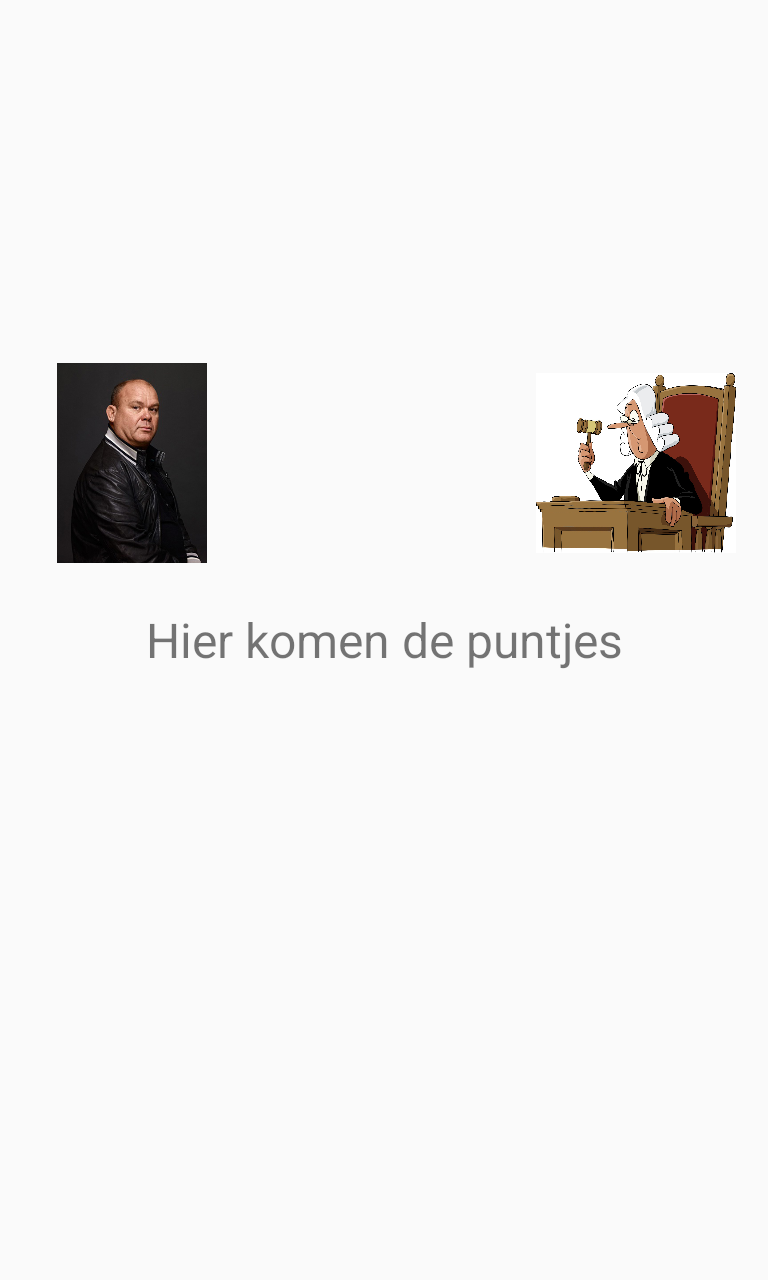
Repository: Sjaakja/hangman_app_studio
Layout: workspace/Hangman-TimeToSaveYourFriends/res/layout/activity_play.xml
These files come from the project's save history. The layout is drawn as it stood at one moment and after the next save; the edit follows.
It is drawn on a 768 x 1280 px phone screen (xhdpi) without system bars, with theme AppTheme; the app's code is not run.

Above is the layout before, as saved 2014-06-14 14:11:40.

### workspace/Hangman-TimeToSaveYourFriends/res/layout/activity_play.xml
<RelativeLayout xmlns:android="http://schemas.android.com/apk/res/android"
    xmlns:tools="http://schemas.android.com/tools"
    android:layout_width="match_parent"
    android:layout_height="match_parent"
    android:paddingBottom="@dimen/activity_vertical_margin"
    android:paddingLeft="@dimen/activity_horizontal_margin"
    android:paddingRight="@dimen/activity_horizontal_margin"
    android:paddingTop="@dimen/activity_vertical_margin"
    tools:context="com.example.hangman_timetosaveyourfriends.Play$PlaceholderFragment" >

    <TextView
        android:id="@+id/textView1"
        android:layout_width="match_parent"
        android:layout_height="wrap_content"
        android:layout_centerHorizontal="true"
        android:layout_centerVertical="true"
        android:gravity="center"
        android:text="@string/text_test"
        android:textSize="24sp" />

    <ImageView
        android:id="@+id/imageView2"
        android:layout_width="100dp"
        android:layout_height="100dp"
        android:layout_alignRight="@+id/textView1"
        android:layout_alignTop="@+id/imageView1"
        android:src="@drawable/judge" />

    <ImageView
        android:id="@+id/imageView1"
        android:layout_width="100dp"
        android:layout_height="100dp"
        android:layout_above="@+id/textView1"
        android:layout_alignLeft="@+id/textView1"
        android:layout_marginBottom="22dp"
        android:src="@drawable/default_paul" />

    <TextView
        android:id="@+id/textView2"
        android:layout_width="wrap_content"
        android:layout_height="wrap_content"
        android:layout_alignParentTop="true"
        android:layout_centerHorizontal="true"
        android:layout_marginTop="30dp"
        android:textSize="18sp" />

</RelativeLayout>

### workspace/Hangman-TimeToSaveYourFriends/res/values/strings.xml
<?xml version="1.0" encoding="utf-8"?>
<resources>

    <string name="app_name">Hangman - Time to save your friends</string>
    <string name="action_settings">Settings</string>
    <string name="test">Test</string>

    <string name="title_activity_play_settings">PlaySettings</string>
    	<string name="text_wrong_guesses">Max wrong guesses</string>
    	<string name="text_word_length">Length of word</string>
    	<string name="text_choose_condemned">Choose your condemned</string>
    	<string name="text_play">Play</string>

    <string name="title_activity_play">Play</string>
    	<string name="text_test">Hier komen de puntjes</string>

    <string name="title_activity_my_condemned">MyCondemned</string>
    	<string name="add_condemned">Add Condemned</string>

    <string name="title_activity_highscores">Highscores</string>

</resources>

Loaded but not shown: workspace/Hangman-TimeToSaveYourFriends/res/values/styles.xml (common file); workspace/Hangman-TimeToSaveYourFriends/res/values-v11/styles.xml (common file); workspace/Hangman-TimeToSaveYourFriends/res/values-v14/styles.xml (common file); workspace/Hangman-TimeToSaveYourFriends/res/values/dimens.xml (common file); workspace/Hangman-TimeToSaveYourFriends/res/values-w820dp/dimens.xml (common file)

After the next save:
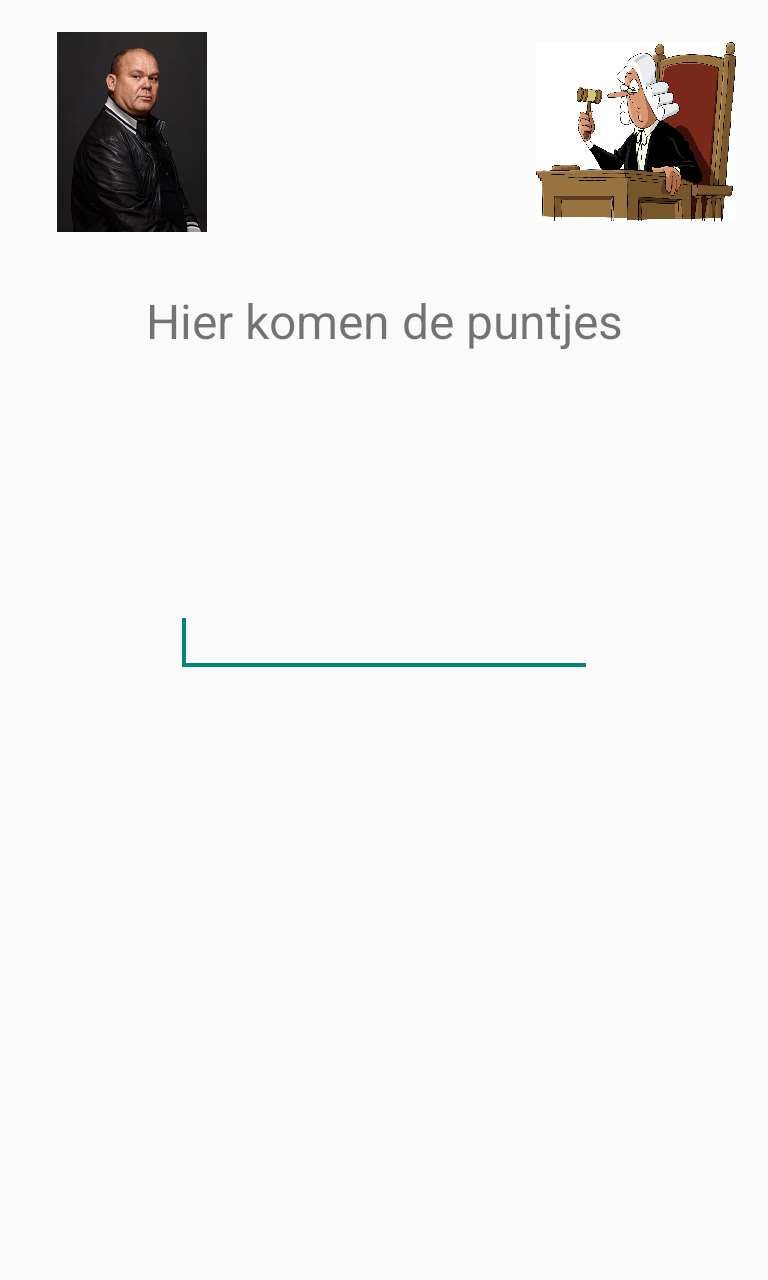
Saved 3 min 14 s later.
--- a/workspace/Hangman-TimeToSaveYourFriends/res/layout/activity_play.xml
+++ b/workspace/Hangman-TimeToSaveYourFriends/res/layout/activity_play.xml
@@ -8,16 +8,6 @@
     android:paddingTop="@dimen/activity_vertical_margin"
     tools:context="com.example.hangman_timetosaveyourfriends.Play$PlaceholderFragment" >
 
-    <TextView
-        android:id="@+id/textView1"
-        android:layout_width="match_parent"
-        android:layout_height="wrap_content"
-        android:layout_centerHorizontal="true"
-        android:layout_centerVertical="true"
-        android:gravity="center"
-        android:text="@string/text_test"
-        android:textSize="24sp" />
-
     <ImageView
         android:id="@+id/imageView2"
         android:layout_width="100dp"
@@ -25,15 +15,6 @@
         android:layout_alignRight="@+id/textView1"
         android:layout_alignTop="@+id/imageView1"
         android:src="@drawable/judge" />
-
-    <ImageView
-        android:id="@+id/imageView1"
-        android:layout_width="100dp"
-        android:layout_height="100dp"
-        android:layout_above="@+id/textView1"
-        android:layout_alignLeft="@+id/textView1"
-        android:layout_marginBottom="22dp"
-        android:src="@drawable/default_paul" />
 
     <TextView
         android:id="@+id/textView2"
@@ -44,4 +25,34 @@
         android:layout_marginTop="30dp"
         android:textSize="18sp" />
 
+    <ImageView
+        android:id="@+id/imageView1"
+        android:layout_width="100dp"
+        android:layout_height="100dp"
+        android:layout_alignLeft="@+id/textView1"
+        android:layout_alignParentTop="true"
+        android:src="@drawable/default_paul" />
+
+    <TextView
+        android:id="@+id/textView1"
+        android:layout_width="match_parent"
+        android:layout_height="wrap_content"
+        android:layout_below="@+id/imageView2"
+        android:layout_centerHorizontal="true"
+        android:layout_marginTop="28dp"
+        android:gravity="center"
+        android:text="@string/text_test"
+        android:textSize="24sp" />
+
+    <EditText
+        android:id="@+id/editText1"
+        android:layout_width="wrap_content"
+        android:layout_height="wrap_content"
+        android:layout_centerHorizontal="true"
+        android:layout_centerVertical="true"
+        android:ems="10" >
+
+        <requestFocus />
+    </EditText>
+
 </RelativeLayout>
